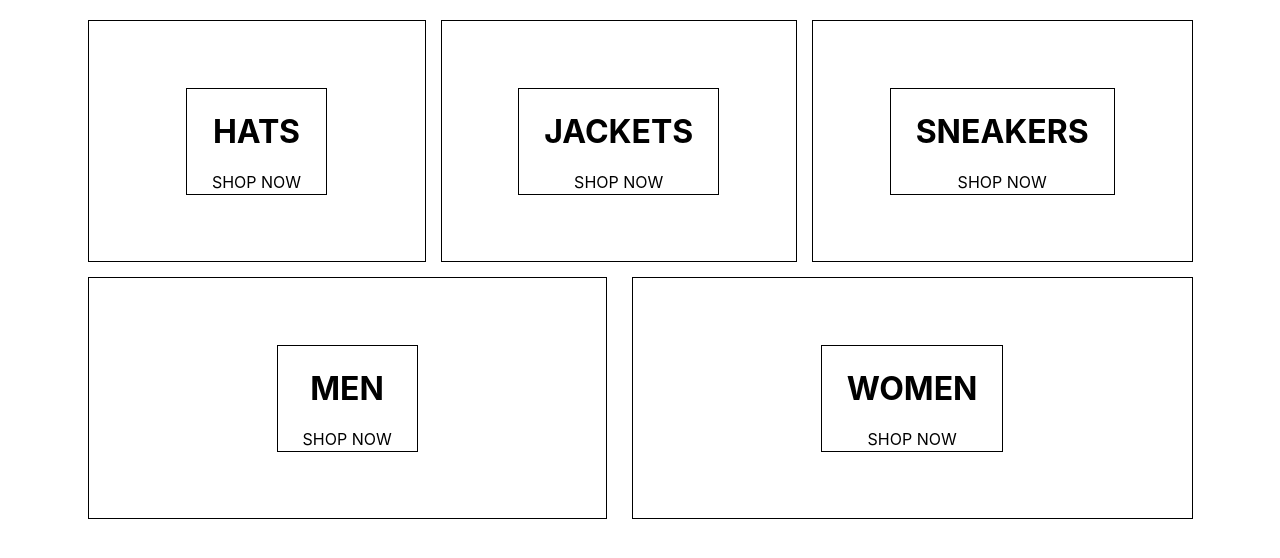
Repository: nepfri/crwn-clothing
Page: /
An editor plug-in stored every save of this project. The page is shown before and after the next save, followed by the edit.
The browser window is 1280 px wide. The pictures show the whole page.
The project was rebuilt for these pictures with package versions that can differ from the ones it lists, and the page was loaded fresh each time. Also part of the build but not shown: src/App.css.

Above is the page before, as saved 2021-10-13 14:04:37.

After the next save:
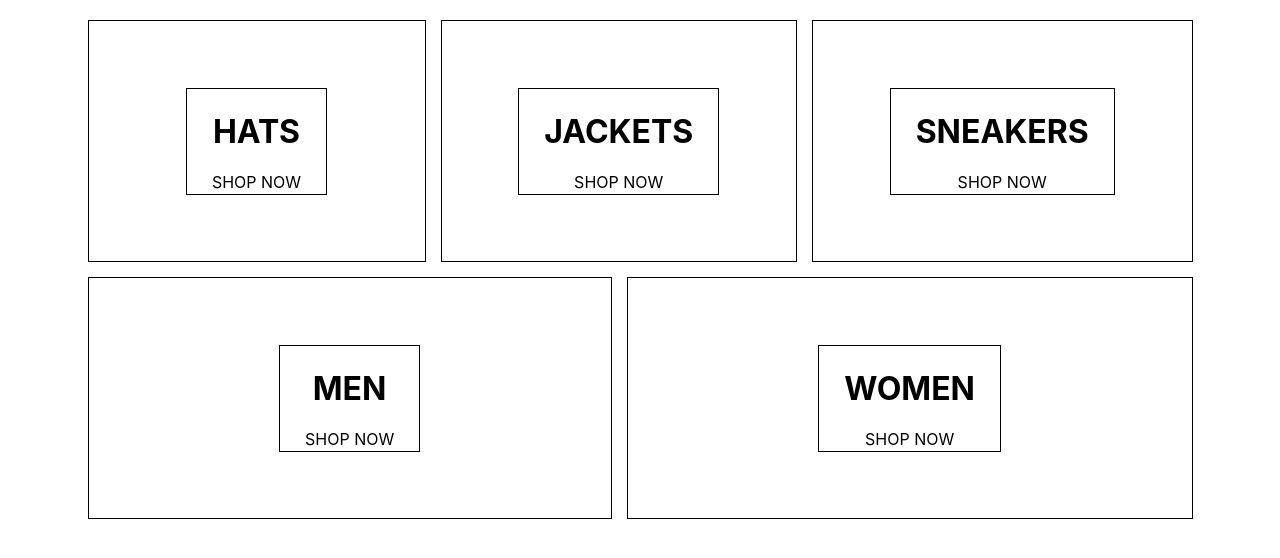
Saved 5 s later.
--- a/src/homepage.styles.scss
+++ b/src/homepage.styles.scss
@@ -27,7 +27,7 @@
   }
 
   &:last-child {
-    margin-left: 17.5px;
+    margin-left: 7.5px;
   }
 
   .content {
